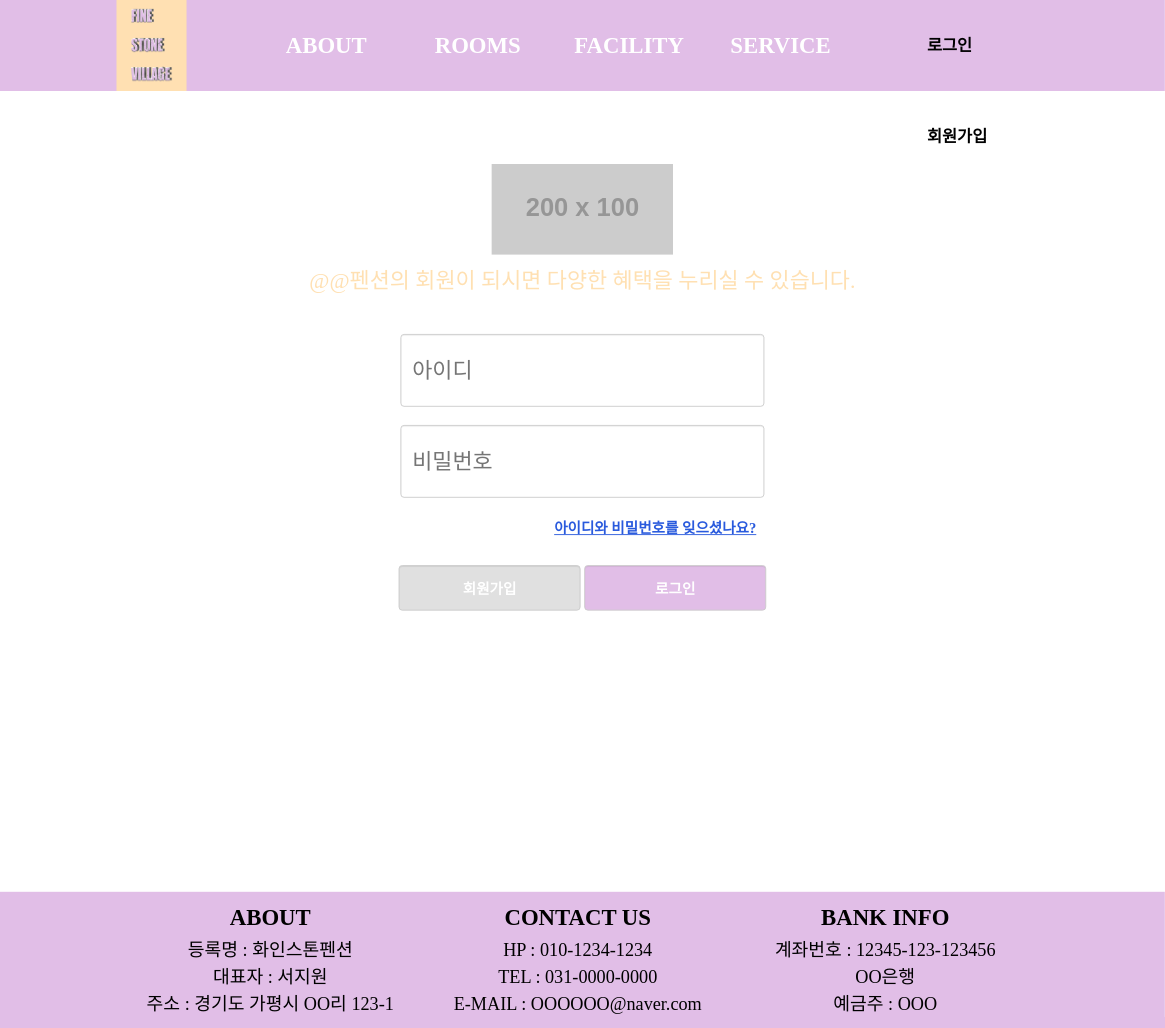
Repository: yoonjaesub/-pensionProject
Page: http://localhost/pension_project/WEB-INF/views/login.jsp
The author's editor kept a copy of each file at every save. The page is drawn from the files as they stood at one save, then again after the next save.
The browser window is 1280 px wide. The pictures show the whole page, at 91% of full size.
The page is served by Tomcat 9. Nobody is signed in. The template is opened directly, without the code that normally fills it, so the values that code supplies are empty.

Above is the page before, as saved 2021-01-14 15:43:09.

After the next save:
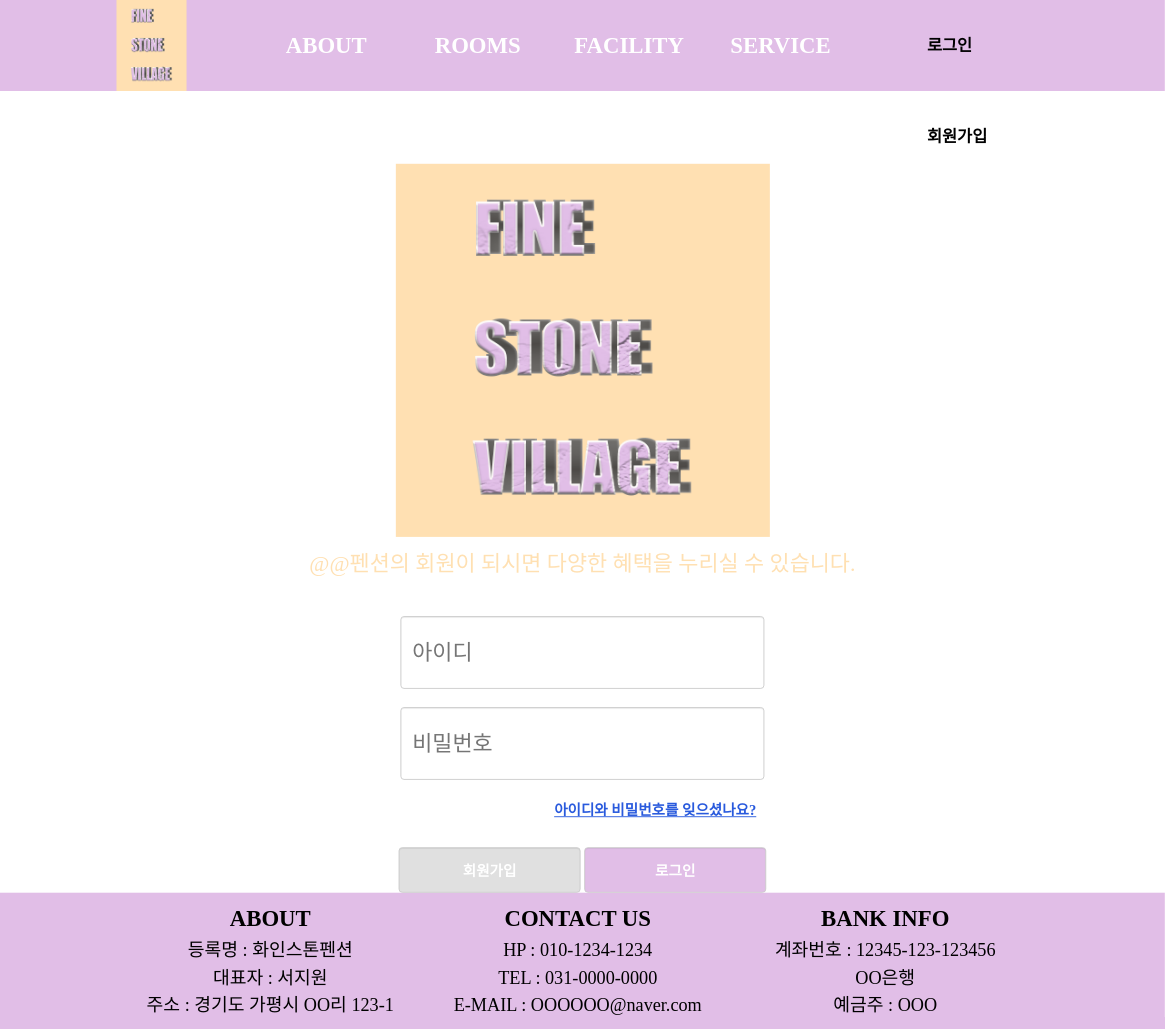
Saved 42 s later.
--- a/Project_content/pension_project/src/main/webapp/WEB-INF/views/login.jsp
+++ b/Project_content/pension_project/src/main/webapp/WEB-INF/views/login.jsp
@@ -43,7 +43,7 @@
   <main class="content">
             <div class="login_main">
                 <div class="cotent1">
-                    <li class="lst"><img src="http://placehold.it/200x100/f2f2f2" alt="콘텐츠"></li>
+                    <li class="lst"><img src="resources/img/O_fine_logo.png" alt="콘텐츠"></li>
                     <li class="lst2"><span class="tit">@@펜션의 회원이 되시면 다양한 혜택을 누리실 수 있습니다.</span></li>
                     <li class="lst3"><input type="text" name="" id="" value="" placeholder="아이디"></input></li>
                     <li class="lst4"><input type="password" name="" id="" value="" placeholder="비밀번호"></input></li>
